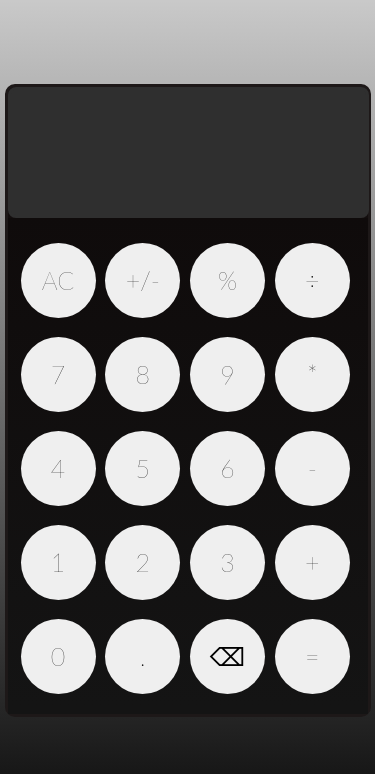
Repository: MhlengiNgubane/BrainnestJsTwo
Page: index.html
The author's editor kept a copy of each file at every save. The page is drawn from the files as they stood at one save, then again after a run of saves.
The browser window is 375 px wide. The pictures show the whole page.

Above is the page before, as saved 2022-09-12 09:45:34.

### index.html
<!DOCTYPE html>
<html lang="en">
<head>
    <meta charset="UTF-8">
    <meta http-equiv="X-UA-Compatible" content="IE=edge">
    <meta name="viewport" content="width=device-width, initial-scale=1.0">
    <title>CALCULATOR</title>

    <link rel="stylesheet" href="style.css">
</head>
    <body>
            <div class="container">
                <input type="text" class="input" value="" disabled />
                <div class="buttons">
                    <button value="AC" class=" clear">AC</button>
                    <button value="+/-" class=" plusMinus">+/-</button>
                    <button value="%" class=" percent">%</button>
                    <button value="/" class=" operator">&divide</button>

                    <button value="7" class="number">7</button>
                    <button value="8" class="number">8</button>
                    <button value="9" class="number">9</button>
                    <button value="*" class=" operator">*</button>

                    <button value="4" class="number">4</button>
                    <button value="5" class="number">5</button>
                    <button value="6" class="number">6</button>
                    <button value="-" class=" operator">-</button>

                    <button value="1" class="number">1</button>
                    <button value="2" class="number">2</button>
                    <button value="3" class="number">3</button>
                    <button value="+" class="operator">+</button>

                    <button value="0" class="zero number">0</button>
                    <button value="." class="decimal">.</button>
                    <button value="DEL" class="delete">⌫</button>
                    <button value="=" class="equal operator">=</button>
                </div>
            </div>

        <script src="App.js"></script>
    </body>
</html>

### style.css
* {
    border: 0;
    margin: 0;
    padding: 0;
    font-family: 'lato';
    font-weight: 100;
}

body{
    font-family: 'Roboto';
    font-weight: 400;
    background: linear-gradient(360deg, #141414 1.56%, rgba(0, 0, 0, 0.21) 100%);
    width: 100%;
    height: 100vh;
    display: flex;
    flex-direction: column;
    align-items: center;
    justify-content: center;
}



.container{
    align-items: center;
    margin: auto;
    margin-top: 60px;
    width: 360px;
    border: 20px;
    border: 3px solid #1d1818;
    background-color: #130e0e;
    border-radius: 10px;
    margin-bottom: 60px;
}

.input{
    position: relative;
    width: 355px;
    height: 125px;
    border: 3px solid #2f2f2f;
    text-align: right;
    border-radius: 8px;
    background-color: #2f2f2f;
    color: #fff;
    font-size: 60px;
}

.buttons{
    display: grid;
    grid-template-columns: repeat(4, 1fr);
    row-gap: 10px;
    column-gap: 10px;
    background: linear-gradient(360deg, #141414 1.56%, rgba(0, 0, 0, 0.21) 100%);
    padding: 18px 13px 13px 13px;
}

button{
    border: 1;
    outline: none;
    height: 75px;
    width: 75px;
    border-radius: 70px;
    text-align: center;
    margin-top: 7px;
    margin-bottom: 7px;
    font-size: 25px;
}






@media(max-width: 430px){
    .wrapper{
        width: 100%;
        height: 100%;
        border-radius: 0;
    }

    .buttons{
        row-gap: 5px;
        column-gap: 5px;
        background: linear-gradient(360deg, #141414 1.56%, rgba(0, 0, 0, 0.21) 100%);
        padding: 18px 13px 13px 13px;
    }


}

### App.js
/* Add two numbers */
function add(firstNumber, secondNumber){
  return firstNumber + secondNumber;
}
/* subtract two numbers */
function subtract(firstNumber, secondNumber){
  return firstNumber - secondNumber;
}
/* multiply two numbers */
function multiply(firstNumber, secondNumber){
  return firstNumber * secondNumber;
}
/* divide two numbers */
function divide(firstNumber, secondNumber){
  return firstNumber / secondNumber;
}
/* Make the operations */
function operate(operator, firstNumber, secondNumber){
  if(operator === '+'){
      return add(firstNumber, secondNumber);
  }
  else if(operator === '-'){
      return subtract(firstNumber, secondNumber);
  }
  else if(operator === '*'){
      return multiply(firstNumber, secondNumber);
  }
  else if(operator === '/'){
      return divide(firstNumber, secondNumber);
  }
  return secondNumber;
}

const display = document.querySelector('.input');

const calculator = {
  displayValue: '0',
  firstNumber: null,
  operator: null,
  secondNumber: false,
};

function clear() {
  calculator.displayValue = '0';
  calculator.firstNumber = null;
  calculator.operator = null;
  calculator.secondNumber = false;
}

function updateDisplay() {
  display.value = calculator.displayValue;
}

const buttons = document.querySelector('.buttons');
buttons.addEventListener('click', (e) => {
const target = e.target;

  if (!target.matches('button')) {
      return;
  }

  if (target.classList.contains('clear')) {
      clear();
      updateDisplay();
      return;
  }

  if (target.classList.contains('delete')) {
      undo();
      return;
  }

  if (target.classList.contains('plusMinus')) {
      plusMinus();
      return;
  }

  if (target.classList.contains('percent')) {
      percentage();
      return;
  }

  if (target.classList.contains('decimal')) {
      decimal(target.value);
      updateDisplay();
      return;
  }

  if (target.classList.contains('operator')) {
      calculate(target.value);
      updateDisplay();
      return;
  }

      displayNumber(target.value);
      updateDisplay();
});

function undo(){
  display.value = display.value.slice(0, -1);
  calculator.displayValue = display.value;
}

function plusMinus(){
  let displayPlusMinus = calculator.displayValue;
  if(displayPlusMinus >= 0){
      display.value = '-' + displayPlusMinus;
  }
  calculator.displayValue = display.value;
}

function percentage(){
  let displayPercent = calculator.displayValue;
  if(displayPercent != 0){
      display.value = displayPercent / 100;
  }
 calculator.displayValue = display.value;
}

function decimal(dot) {
  if (calculator.secondNumber === true) {
      calculator.displayValue = '0.'
      calculator.secondNumber = false;
      return
  }
  if (!calculator.displayValue.includes(dot)) {
      calculator.displayValue += dot;
  }
}

function displayNumber(number) {
  let displayValue = calculator.displayValue;
  const secondNumber = calculator.secondNumber;

  if (secondNumber === true) {
      calculator.displayValue = number;
      calculator.secondNumber = false;
  }
  else if(displayValue === '0'){
      calculator.displayValue = number;
  }
  else{
      calculator.displayValue = displayValue + number;
  }
}

function calculate(inputOperator) {
  const firstNumber = calculator.firstNumber;
  const displayValue = calculator.displayValue;
  const operator  = calculator.operator;

  const inputValue = parseFloat(displayValue);

  if (operator && calculator.secondNumber)  {
      calculator.operator = inputOperator;
      return;
    }

  if (firstNumber == null) {
      calculator.firstNumber = inputValue;

  } else if (operator) {
      const result = operate(operator, firstNumber, inputValue);
      calculator.displayValue = `${parseFloat(result.toFixed(6))}`;
      calculator.firstNumber = result;
  }
  calculator.secondNumber = true;
  calculator.operator = inputOperator;
  console.log(calculator);
}

After the next 2 saves:
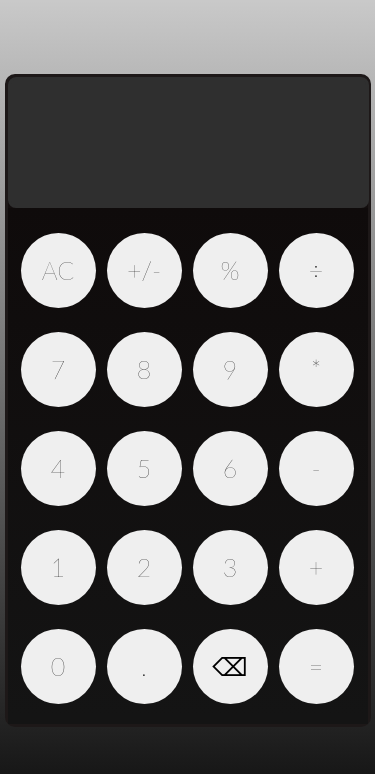
The 2 saves are shown as one change because they came seconds apart.
The last was saved 24 s later.
--- a/style.css
+++ b/style.css
@@ -64,25 +64,3 @@ button{
     margin-bottom: 7px;
     font-size: 25px;
 }
-
-
-
-
-
-
-@media(max-width: 430px){
-    .wrapper{
-        width: 100%;
-        height: 100%;
-        border-radius: 0;
-    }
-
-    .buttons{
-        row-gap: 5px;
-        column-gap: 5px;
-        background: linear-gradient(360deg, #141414 1.56%, rgba(0, 0, 0, 0.21) 100%);
-        padding: 18px 13px 13px 13px;
-    }
-
-
-}
